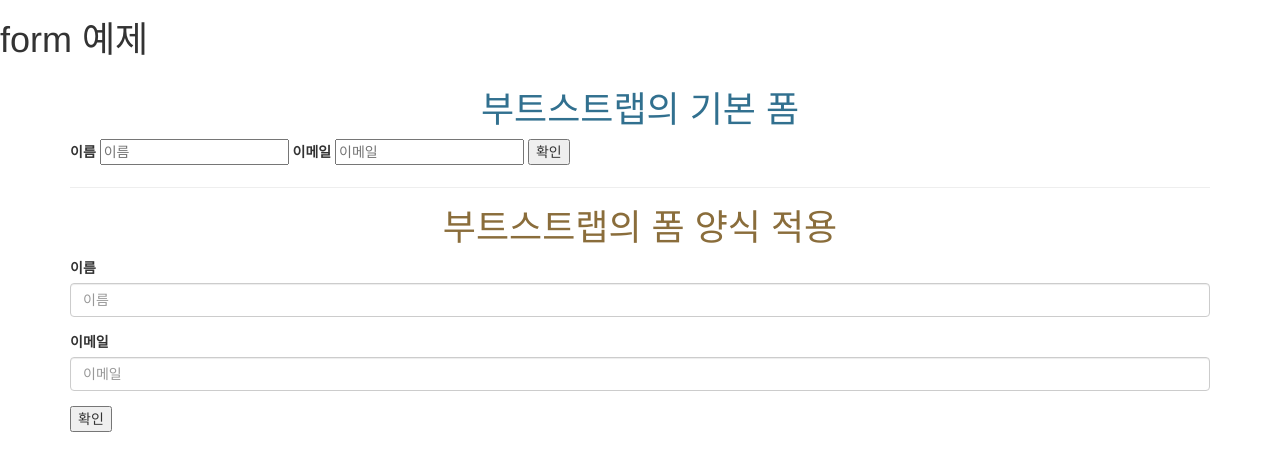
Repository: RYE415/4.jsp
Page: BootstrapTest/src/main/webapp/4.form/form2.html
An editor plug-in stored every save of this project. The page is shown before and after the next save, followed by the edit.
The browser window is 1280 px wide. The pictures show the whole page.
Some web libraries are served in a nearby version.

Above is the page before, as saved 2022-08-09 00:37:21.

### BootstrapTest/src/main/webapp/4.form/form2.html
<!DOCTYPE html>
<html lang="ko">
  <head>
    <meta charset="utf-8">
    <meta http-equiv="X-UA-Compatible" content="IE=edge">
    <meta name="viewport" content="width=device-width, initial-scale=1">
    <!-- 위 3개의 메타 태그는 *반드시* head 태그의 처음에 와야합니다; 어떤 다른 콘텐츠들은 반드시 이 태그들 *다음에* 와야 합니다 -->
    <title>예제</title>

    <!-- 부트스트랩 -->
    <link href="../css/bootstrap.min.css" rel="stylesheet">

    <!-- IE8 에서 HTML5 요소와 미디어 쿼리를 위한 HTML5 shim 와 Respond.js -->
    <!-- WARNING: Respond.js 는 당신이 file:// 을 통해 페이지를 볼 때는 동작하지 않습니다. -->
    <!--[if lt IE 9]>
      <script src="https://oss.maxcdn.com/html5shiv/3.7.2/html5shiv.min.js"></script>
      <script src="https://oss.maxcdn.com/respond/1.4.2/respond.min.js"></script>
    <![endif]-->
  </head>
  <body>
    <h1>form 예제</h1>
	<div class="container">
	<h1 class="text-info text-center">부트스트랩의 기본 폼</h1>
		<form>
			<label for="name">이름</label>
			<input type="text" name="name" placeholder="이름">

			<label for="emailaddress">이메일</label>
			<input type="email" name="emailaddress" placeholder="이메일">
			<button type="submit">확인</button>
		</form>
	<hr>
	<h1 class="text-warning text-center">부트스트랩의 폼 양식 적용</h1>
		<form role="form"><!-- 폼 역할(입력값을 전송하는 역할을 하는 폼) -->
		<!-- 1.입력받는 양식을 <div>로 묶어준다.->class="form-group"
				.form-group{
					margin-buttom:15px;
				}
			 2.입력을 받는 양식->class="form-control"
			 	.form-control {
					  display: block;
					  width: 100%;
					  height: 34px;
					  padding: 6px 12px; /*상하6px,좌우12px*/
					  font-size: 14px;
					  line-height: 1.42857143;
					  color: #555;
					  background-color: #fff;
					  background-image: none;
					  border: 1px solid #ccc;
					  border-radius: 4px;
					  -webkit-box-shadow: inset 0 1px 1px rgba(0, 0, 0, .075);
					          box-shadow: inset 0 1px 1px rgba(0, 0, 0, .075);
					  -webkit-transition: border-color ease-in-out .15s, -webkit-box-shadow ease-in-out .15s;
					       -o-transition: border-color ease-in-out .15s, box-shadow ease-in-out .15s;
					          transition: border-color ease-in-out .15s, box-shadow ease-in-out .15s;
}
		 -->
		 	<div class="form-group">
				<label for="name">이름</label>
				<input type="text" class="form-control" placeholder="이름">
			</div>
			<div class="form-group">
				<label for="emailaddress">이메일</label>
				<input type="email" class="form-control" placeholder="이메일">
			</div>
			<div class="form-group">
			<button type="submit">확인</button>
			</div>
		</form>


	</div>






    <!-- jQuery (부트스트랩의 자바스크립트 플러그인을 위해 필요합니다) -->
    <script src="https://ajax.googleapis.com/ajax/libs/jquery/1.11.2/jquery.min.js"></script>
    <!-- 모든 컴파일된 플러그인을 포함합니다 (아래), 원하지 않는다면 필요한 각각의 파일을 포함하세요 -->
    <script src="../js/bootstrap.min.js"></script>
  </body>
</html>

Loaded but not shown: BootstrapTest/src/main/webapp/css/bootstrap.min.css (library); BootstrapTest/src/main/webapp/js/bootstrap.min.js (library)

After the next save:
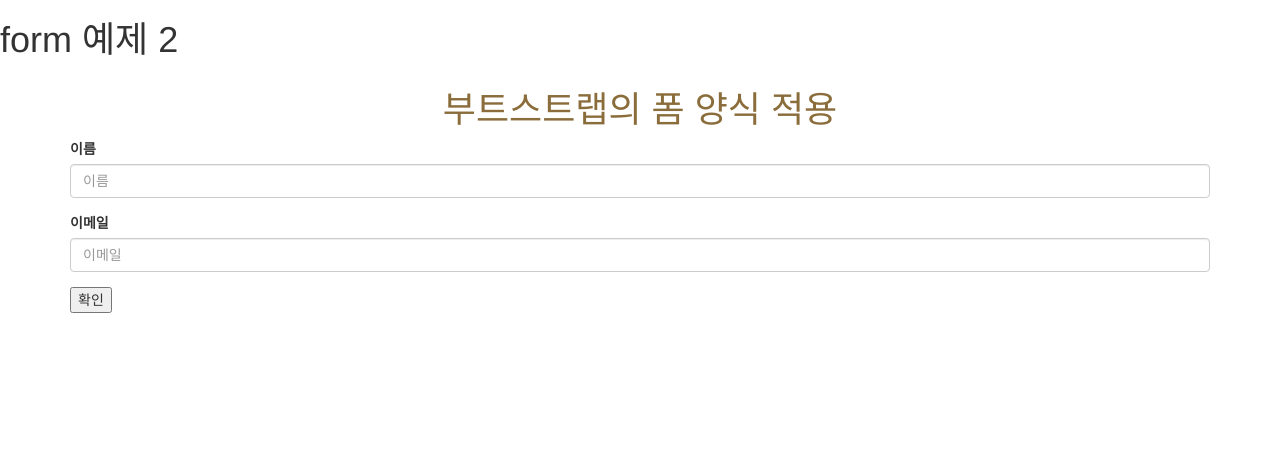
Saved 6 min 21 s later.
--- a/BootstrapTest/src/main/webapp/4.form/form2.html
+++ b/BootstrapTest/src/main/webapp/4.form/form2.html
@@ -18,44 +18,16 @@
     <![endif]-->
   </head>
   <body>
-    <h1>form 예제</h1>
+    <h1>form 예제 2</h1>
 	<div class="container">
-	<h1 class="text-info text-center">부트스트랩의 기본 폼</h1>
-		<form>
-			<label for="name">이름</label>
-			<input type="text" name="name" placeholder="이름">
+	<!-- text-left,text-center,text-right(인용구에서 주로 사용 pull-right)
 
-			<label for="emailaddress">이메일</label>
-			<input type="email" name="emailaddress" placeholder="이메일">
-			<button type="submit">확인</button>
-		</form>
-	<hr>
+	 -->
+
+
 	<h1 class="text-warning text-center">부트스트랩의 폼 양식 적용</h1>
 		<form role="form"><!-- 폼 역할(입력값을 전송하는 역할을 하는 폼) -->
-		<!-- 1.입력받는 양식을 <div>로 묶어준다.->class="form-group"
-				.form-group{
-					margin-buttom:15px;
-				}
-			 2.입력을 받는 양식->class="form-control"
-			 	.form-control {
-					  display: block;
-					  width: 100%;
-					  height: 34px;
-					  padding: 6px 12px; /*상하6px,좌우12px*/
-					  font-size: 14px;
-					  line-height: 1.42857143;
-					  color: #555;
-					  background-color: #fff;
-					  background-image: none;
-					  border: 1px solid #ccc;
-					  border-radius: 4px;
-					  -webkit-box-shadow: inset 0 1px 1px rgba(0, 0, 0, .075);
-					          box-shadow: inset 0 1px 1px rgba(0, 0, 0, .075);
-					  -webkit-transition: border-color ease-in-out .15s, -webkit-box-shadow ease-in-out .15s;
-					       -o-transition: border-color ease-in-out .15s, box-shadow ease-in-out .15s;
-					          transition: border-color ease-in-out .15s, box-shadow ease-in-out .15s;
-}
-		 -->
+
 		 	<div class="form-group">
 				<label for="name">이름</label>
 				<input type="text" class="form-control" placeholder="이름">
